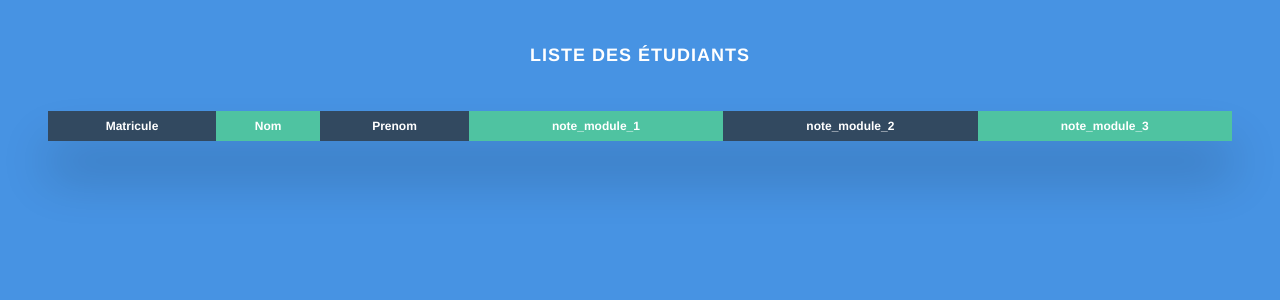
Repository: tt5300447/parakeet
Page: http://localhost/
An editor plug-in stored every save of this project. The page is shown before and after the next save, followed by the edit.
The browser window is 1280 px wide. The pictures show the whole page.
The page is run by PHP 8.4 with error messages shown; the project is at /var/www/html/. Queries for data that is not in the repository find no rows.

Above is the page before, as saved 2022-06-19 16:13:20.

After the next save:
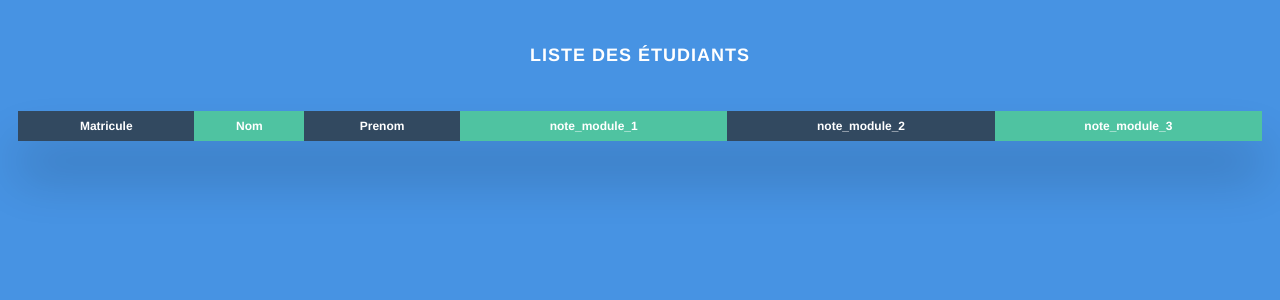
Saved 15 s later.
--- a/Copier/htdocs/Liste/table.css
+++ b/Copier/htdocs/Liste/table.css
@@ -23,7 +23,7 @@ h2 {
 /* Table Styles */
 
 .table-wrapper {
-    margin: 10px 40px 40px;
+    margin: 10px 10px 10px;
     box-shadow: 0px 35px 50px rgba(0, 0, 0, 0.2);
 }
 
